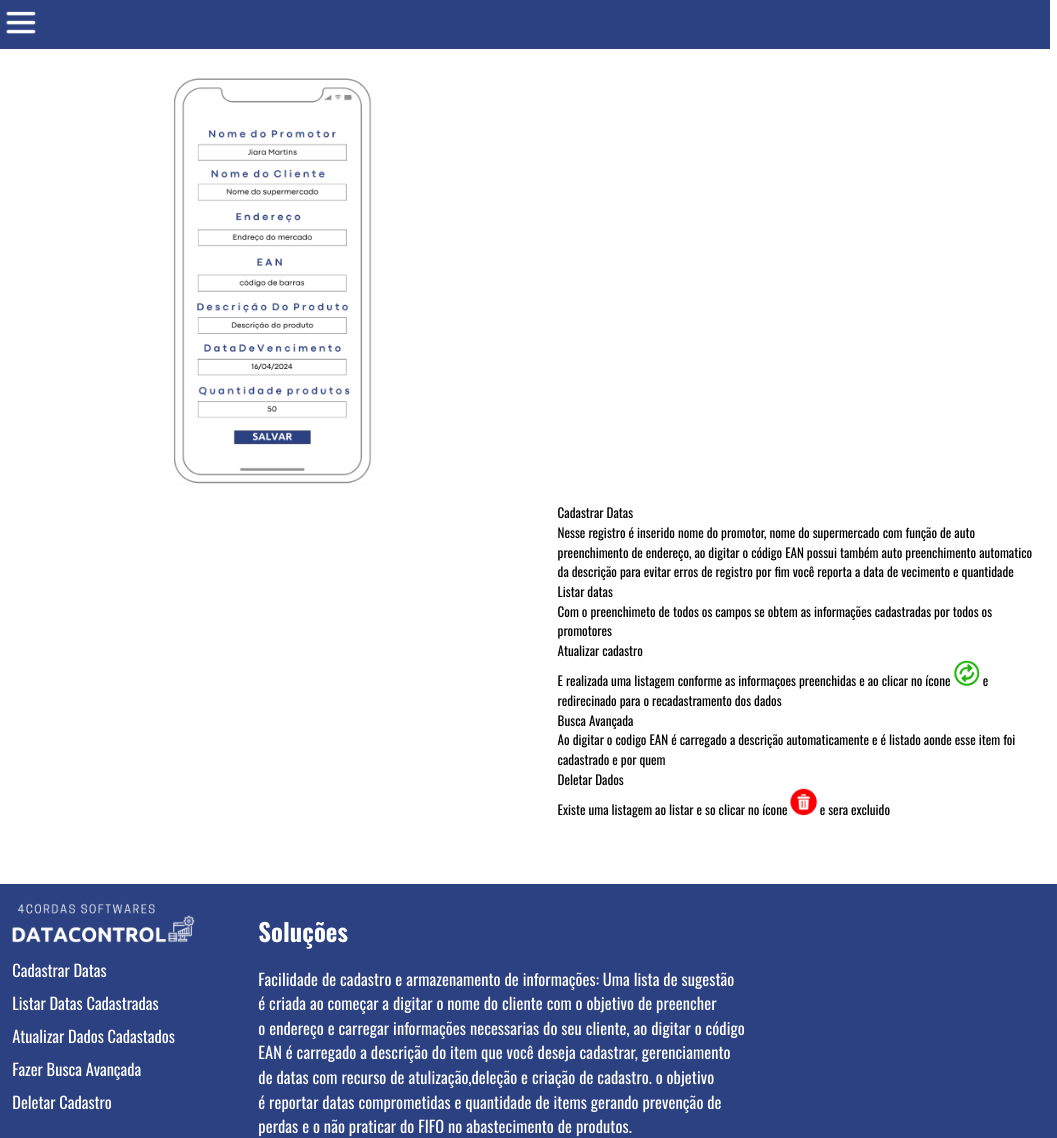
Repository: alfredo-allan/ControleDeDatasFrontEnd
Page: index.html
The author's editor kept a copy of each file at every save. The page is drawn from the files as they stood at one save, then again after the next save.
The browser window is 1280 px wide. The page is 1289 px wide, so the pictures cover 1289 px, including what lies to the right of the window. The pictures show the whole page, at 82% of full size.

Above is the page before, as saved 2024-04-30 14:32:43.
Console error: TypeError: Cannot read properties of null (reading 'addEventListener')

After the next save:
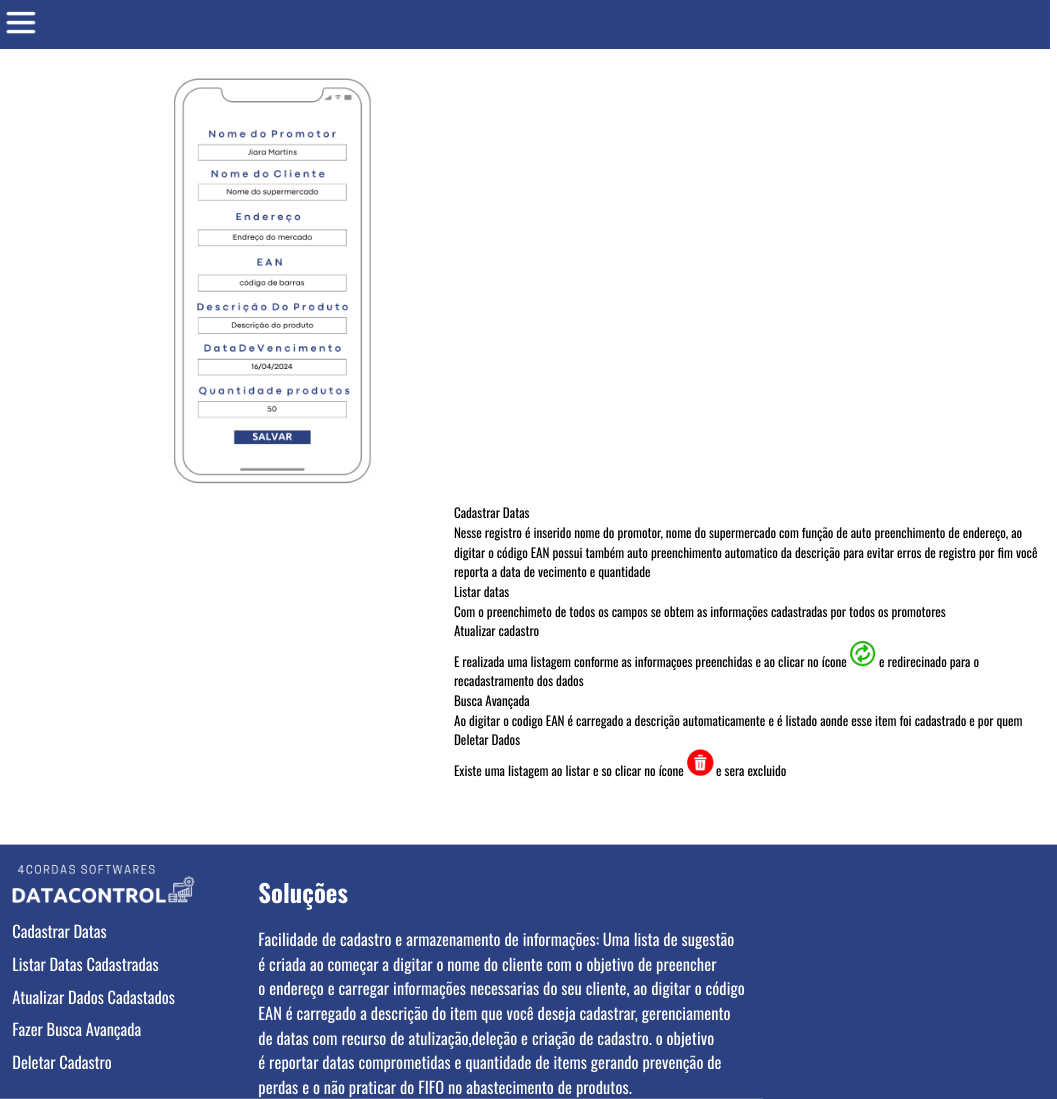
Saved 5 s later.
--- a/style/style.css
+++ b/style/style.css
@@ -445,7 +445,7 @@ button:focus {
   display: flex;
   flex-direction: column;
   justify-content: center;
-  margin-left: 50%;
+  margin-left: 40%;
   li {
     list-style: none;
   }
